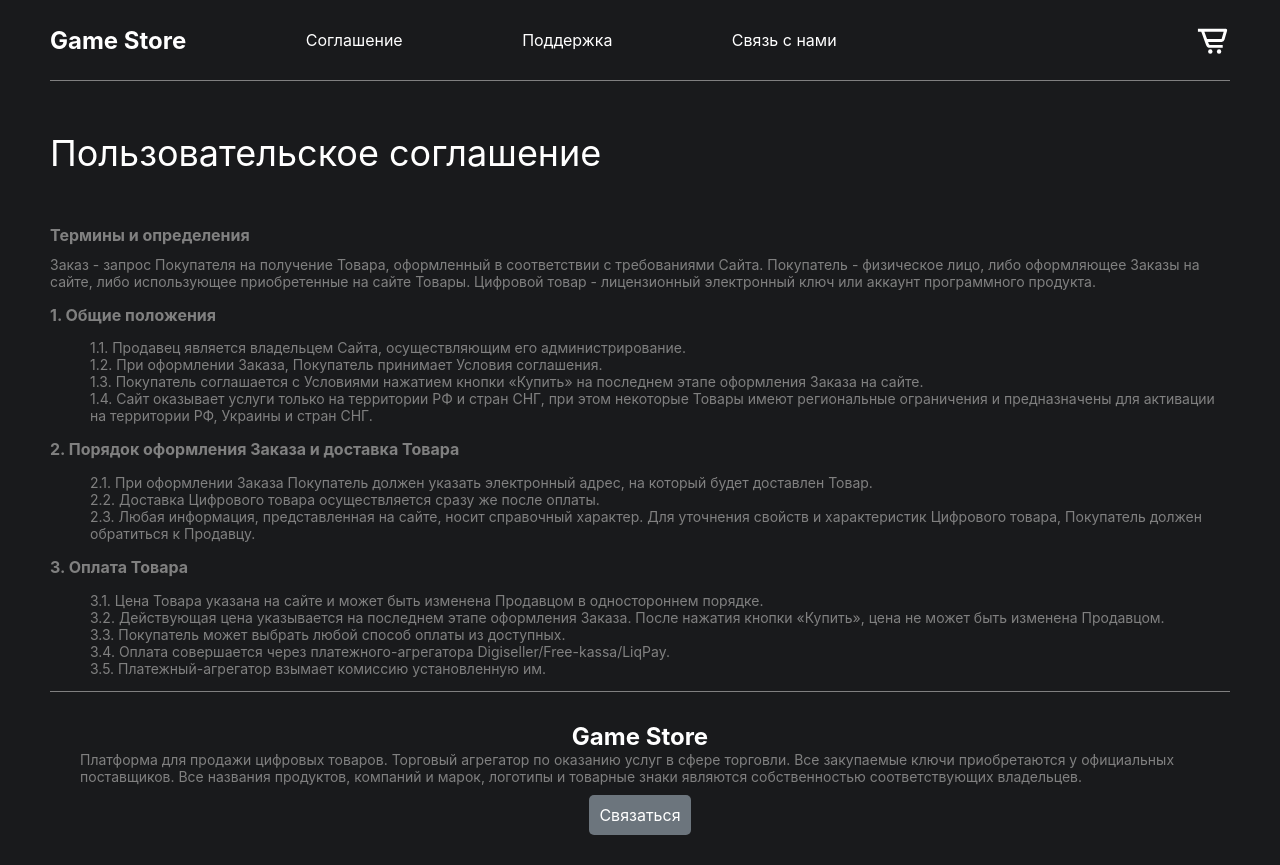
Repository: Minkeani/GameStore
Page: /agreement
These files come from the project's save history. The page is drawn as it stood at one moment and after the next save; the edit follows.
The browser window is 1280 px wide. The pictures show the whole page.
The project was rebuilt for these pictures with package versions that can differ from the ones it lists, and the page was loaded fresh each time. Also part of the build but not shown: src/components/ItemsInCart/ItemsInCart.css, src/components/ItemsInCart/ItemsInCart.jsx, src/components/CartMenu/CartMenu.css, src/components/Btn/Btn.css, src/components/Btn/Btn.jsx, src/components/CartItem/CartItem.css, src/components/CartItem/CartItem.jsx, src/components/utils/utils.js and 18 more.

Above is the page before, as saved 2022-09-11 11:46:07.

### src/index.js
import React from 'react';
import ReactDOM from 'react-dom/client';
import './index.css';
import App from './App';
import reportWebVitals from './reportWebVitals';

const root = ReactDOM.createRoot(document.getElementById('root'));
root.render(
    <App />
);

### src/index.css
body {
  margin: 0;
  min-height: 100%;
  font-family: -apple-system, BlinkMacSystemFont, 'Segoe UI', 'Roboto', 'Oxygen',
    'Ubuntu', 'Cantarell', 'Fira Sans', 'Droid Sans', 'Helvetica Neue',
    sans-serif;
  -webkit-font-smoothing: antialiased;
  -moz-osx-font-smoothing: grayscale;
    background-color: rgb(25, 26, 28);
}

code {
  font-family: source-code-pro, Menlo, Monaco, Consolas, 'Courier New',
    monospace;
}

.App {
  max-width: 1180px;;
  margin: 0 auto;
  padding: 0 40px;
  color: white;
}

a {
  color: white;
  text-decoration: none;
}

.secondary-text {
  color: rgb(80, 82, 84);
}

### src/App.js
import { BrowserRouter, Routes, Route } from "react-router-dom";
import Header from "./components/Header/Header";
import { Provider } from "react-redux";
import GamePage from "./components/GamePage/GamePage";
import OrderPage from "./components/OrderPage/OrderPage";
import HomePage from "./pages/HomePage/HomePage";
import {store} from './redux'
import Agreement from "./components/Agreement/Agreement";
import Footer from "./components/Footer/Footer";
import Support from "./components/Support/Support";


function App() {
  return (
    <Provider store={store}>
    <BrowserRouter>
      <div className="App">
        <Header />
        <Routes>
          <Route path="/" element={<HomePage />} />
          <Route path="/app/:title" element={<GamePage />} />
          <Route path="/order" element={<OrderPage />} />
          <Route path="/agreement" element={<Agreement />} />
          <Route path="/support" element={<Support />} />
        </Routes>
        <Footer/>
      </div>
    </BrowserRouter>
    </Provider>
  );
}

export default App;

### src/components/Header/Header.js
import React from 'react'
import { Link } from 'react-router-dom'
import CartBlock from '../CartBlock/CartBlock'
import './Header.css'

export default function Header() {
  return (
    <div className="header">
      <div className="wrapper">
            <Link to='/' className='header__store-title'>Game Store</Link>
            <Link to='/Agreement'>Соглашение</Link>
            <Link to='/support'>Поддержка</Link>
            <a to='/'>Связь с нами</a>

      </div>
      <div className="wrapper header__cart-btn-wrapper">
        <CartBlock/>
      </div>
    </div>
  )
}

### src/redux/index.js
import { configureStore } from '@reduxjs/toolkit';
import gamesReducer from './games/gamesReducer';
import reducerCart from './cart/reducerCart';

export const store = configureStore({
    reducer: {
        games: gamesReducer,
        cart: reducerCart
    }
  })

### src/components/Agreement/Agreement.jsx
import React from "react";
import Title from "../Ui/Title/Title";
import BigTitle from "../Ui/BigTitle/BigTitle";
import P from "../Ui/P/P";
import "./Agreement.css";

const Agreement = () => {
  return (
    <div>
      <BigTitle>Пользовательское соглашение</BigTitle>
      <Title>Термины и определения</Title>
      <P>
        Заказ - запрос Покупателя на получение Товара, оформленный в
        соответствии с требованиями Сайта. Покупатель - физическое лицо, либо
        оформляющее Заказы на сайте, либо использующее приобретенные на сайте
        Товары. Цифровой товар - лицензионный электронный ключ или аккаунт
        программного продукта.
      </P>
      <Title>1. Общие положения</Title>
      <P>
        <ul className="list">
          <li>
            1.1. Продавец является владельцем Сайта, осуществляющим его
            администрирование.
          </li>
          <li>
            1.2. При оформлении Заказа, Покупатель принимает Условия соглашения.
          </li>
          <li>
            1.3. Покупатель соглашается с Условиями нажатием кнопки «Купить» на
            последнем этапе оформления Заказа на сайте.
          </li>
          <li>
            1.4. Сайт оказывает услуги только на территории РФ и стран СНГ, при
            этом некоторые Товары имеют региональные ограничения и предназначены
            для активации на территории РФ, Украины и стран СНГ.
          </li>
        </ul>
      </P>
      <Title>2. Порядок оформления Заказа и доставка Товара</Title>
      <P>
        <ul className="list">
          <li>
            2.1. При оформлении Заказа Покупатель должен указать электронный
            адрес, на который будет доставлен Товар.
          </li>
          <li>
            2.2. Доставка Цифрового товара осуществляется сразу же после оплаты.
          </li>
          <li>
            2.3. Любая информация, представленная на сайте, носит справочный
            характер. Для уточнения свойств и характеристик Цифрового товара,
            Покупатель должен обратиться к Продавцу.
          </li>
          <li></li>
        </ul>
      </P>
      <Title>3. Оплата Товара</Title>
      <P>
        <ul className="list">
          <li>
            3.1. Цена Товара указана на сайте и может быть изменена Продавцом в
            одностороннем порядке.
          </li>
          <li>
            3.2. Действующая цена указывается на последнем этапе оформления
            Заказа. После нажатия кнопки «Купить», цена не может быть изменена
            Продавцом.
          </li>
          <li>
            3.3. Покупатель может выбрать любой способ оплаты из доступных.
          </li>
          <li>
            3.4. Оплата совершается через платежного-агрегатора
            Digiseller/Free-kassa/LiqPay.
          </li>
          <li>3.5. Платежный-агрегатор взымает комиссию установленную им.</li>
        </ul>
      </P>
    </div>
  );
};

export default Agreement;

### src/components/Footer/Footer.jsx
import React from "react";
import "./Footer.css";
import { Link } from "react-router-dom";
import P from "../Ui/P/P";

const Footer = () => {
  return (
    <footer className="footer">
      <div className="wrapper__footer">
        <Link to="/" className="header__store-title">
          Game Store
        </Link>

        <div>
          <P>
            Платформа для продажи цифровых товаров. Торговый агрегатор по
            оказанию услуг в сфере торговли. Все закупаемые ключи приобретаются
            у официальных поставщиков. Все названия продуктов, компаний и марок,
            логотипы и товарные знаки являются собственностью соответствующих
            владельцев.
          </P>
          <a href="https://linktr.ee/minkeani" target="blank">
            Связаться
          </a>
        </div>
      </div>
    </footer>
  );
};

export default Footer;

### src/components/CartBlock/CartBlock.jsx
import React, { useState, useCallback } from "react";
import "./CartBlock.css";
import { useSelector } from "react-redux";
import { BiCartAlt } from "react-icons/bi";
import ItemsInCart from "../ItemsInCart/ItemsInCart";
import CartMenu from "../CartMenu/CartMenu";
import { useNavigate } from "react-router-dom";

export default function CartBlock() {
  const items = useSelector((state) => state.cart.itemsInCart);
  const totalPrice = items.reduce((acc, game) => (acc += game.price), 0);
  const [isCartMenuVisible, setCartMenuVisible] = useState(false)

  const navigate = useNavigate()

  const handleClick = useCallback(() => {
    setCartMenuVisible(false)
    navigate('/order')
  }, [navigate])

  return (
    <div className="cart-block">
      <ItemsInCart quantity={items.length}/>
      <BiCartAlt size={35} className="cart-icon" onClick={() => setCartMenuVisible(!isCartMenuVisible)} />
      {totalPrice > 0 ? (
        <span className="total-price">{totalPrice} руб</span>
      ) : null}

     {isCartMenuVisible ? <CartMenu items={items} onClick={handleClick} /> : ''}
    </div>
  );
}

### src/components/Header/Header.css
.header {
    height: 80px;
    display: flex;
    align-items: center;
    justify-content: space-between;
    margin-bottom: 30px;
    border-bottom: 1px solid gray
}

.wrapper {
    display: flex;
    flex-grow: 1;
    align-items: center;
    justify-content: space-between;

}

.wrapper a{

}

.header__store-title {
    color: white;
    text-decoration: none;
    font-size: 24px;
    font-weight: bold;
}

.header__cart-btn-wrapper {
    justify-content: flex-end;
}

### src/redux/games/gamesReducer.js
import { createSlice } from '@reduxjs/toolkit'

const gamesSlice = createSlice({
  name: 'games',
  initialState: {
    currentGame: null
  },
  reducers: {
    setCurrentGame: (state, action) => {
      state.currentGame = action.payload
    },
  }
});

export const { setCurrentGame } = gamesSlice.actions;
export default gamesSlice.reducer;

### src/redux/cart/reducerCart.js
import { createSlice } from "@reduxjs/toolkit";

const cartSlice = createSlice({
    name: 'cart',
    initialState: {
        itemsInCart: []
    },
    reducers: {
        setItemInCart: (state, action) => {
            state.itemsInCart.push(action.payload)
    },
        deleteItemFromCart: (state, action) => {
        state.itemsInCart = state.itemsInCart.filter(game => game.id !== action.payload)
    }
}
});

export const {setItemInCart, deleteItemFromCart} = cartSlice.actions;
export default cartSlice.reducer;

### src/components/Ui/Title/Title.jsx
import React from 'react';
import './Title.css'

const Title = ({children}) => {
    return (
        <div className='Title'>
            {children}
        </div>
    );
}

export default Title;

### src/components/Ui/BigTitle/BigTitle.jsx
import React from 'react';
import './BigTitle.css'

const BigTitle = ({children}) => {
    return (
        <h2 className='BigTitle'>
            {children}
        </h2>
    );
}

export default BigTitle;

### src/components/Ui/P/P.jsx
import React from 'react';
import './P.css'

const P = ({children}) => {
    return (
        <div className='paragraph'>
            {children}
        </div>
    );
}

export default P;

### src/components/Agreement/Agreement.css
.list li{
    list-style-type: none
}

### src/components/Footer/Footer.css
.footer {
    height: 100%;
    padding: 10px;
    display: flex;
    flex-grow: 1;
    margin: 0;
    border-top: 1px solid gray
}

.wrapper__footer {
    display: flex;
    margin: 20px;
    flex-grow: 1;
    flex-direction: column;
    align-items: center;
    justify-content: space-between;
}

.wrapper__footer div {
    display: flex;
    align-items: center;
    justify-content: center;
    flex-direction: column
}
.wrapper__footer div a{
    color: #ffffff;
    background-color: #6c757d;
    border: none;
    padding: 10px;
    border-radius: 5px;
}

.wrapper__footer div a:hover{
    color: #ffffff;
    background-color:  #3e4042;
}

### src/components/CartBlock/CartBlock.css
.cart-block {
    display: flex;
    align-items: center;
    position: relative;
}

.total-price {
    margin-left: 15px;
    font-size: 18px;
    font-weight: bold;
}

.cart-icon {
    cursor: pointer;
    position: relative;
}

### src/components/Ui/Title/Title.css
.Title {
    color: gray;
    font-weight: 700;
    line-height: 1.3;
    margin: 15px 0 10px;
}

### src/components/Ui/BigTitle/BigTitle.css
.BigTitle {
    font-size: 36px;
    font-weight: 400;
    color: #fff;
    padding: 20px 0;
}

### src/components/Ui/P/P.css
.paragraph {
    margin-bottom: 10px;
    color: gray;
    font-size: 14px;
    font-weight: 400;
    font-style: normal;
}

Loaded but not shown: public/index.html (common file); src/reportWebVitals.js (common file); src/components/Support/Support.css (no stored copy; drawn as an empty file)

After the next save:
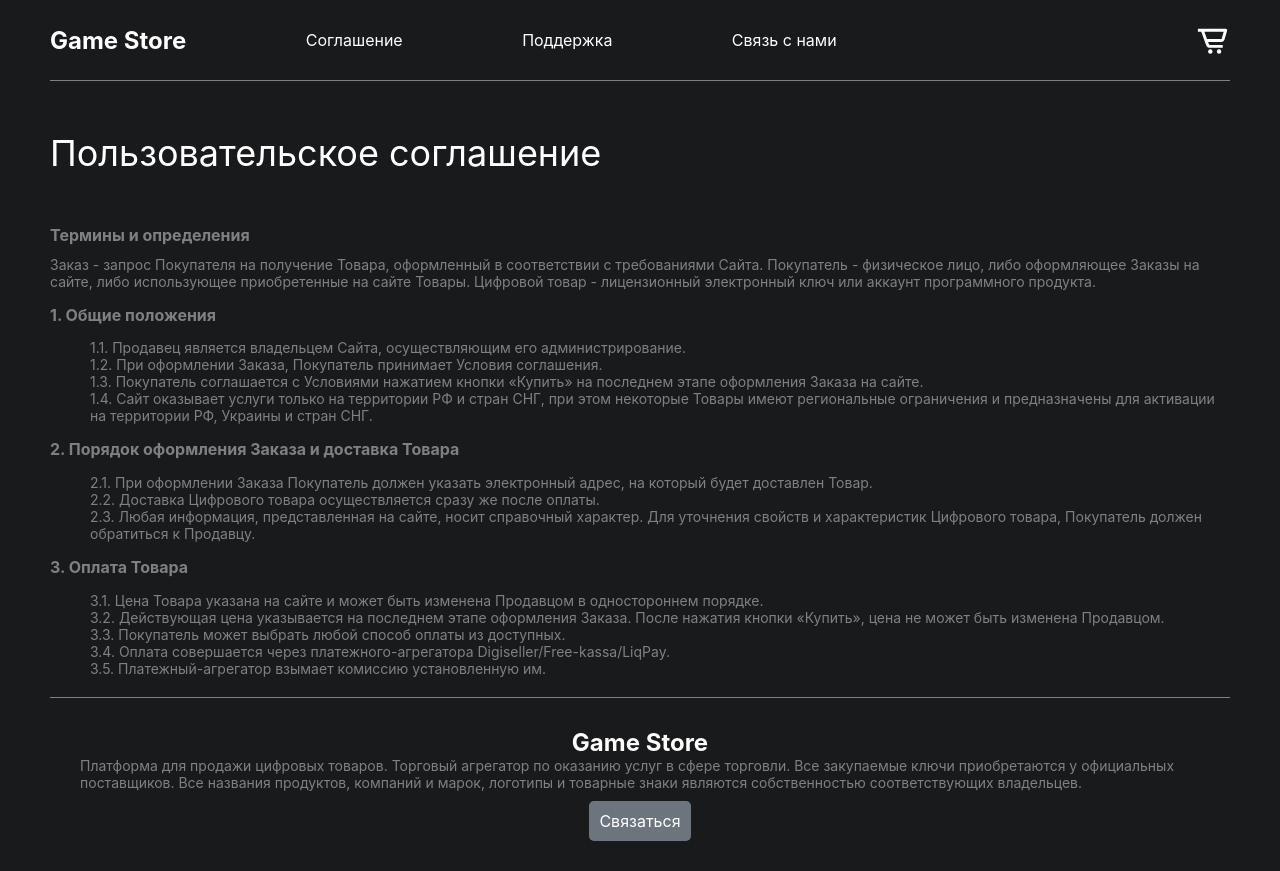
Saved 49 s later.
--- a/src/components/Footer/Footer.css
+++ b/src/components/Footer/Footer.css
@@ -3,7 +3,8 @@
     padding: 10px;
     display: flex;
     flex-grow: 1;
-    margin: 0;
+    margin-bottom: 0;
+    margin-top: 20px;
     border-top: 1px solid gray
 }
 
